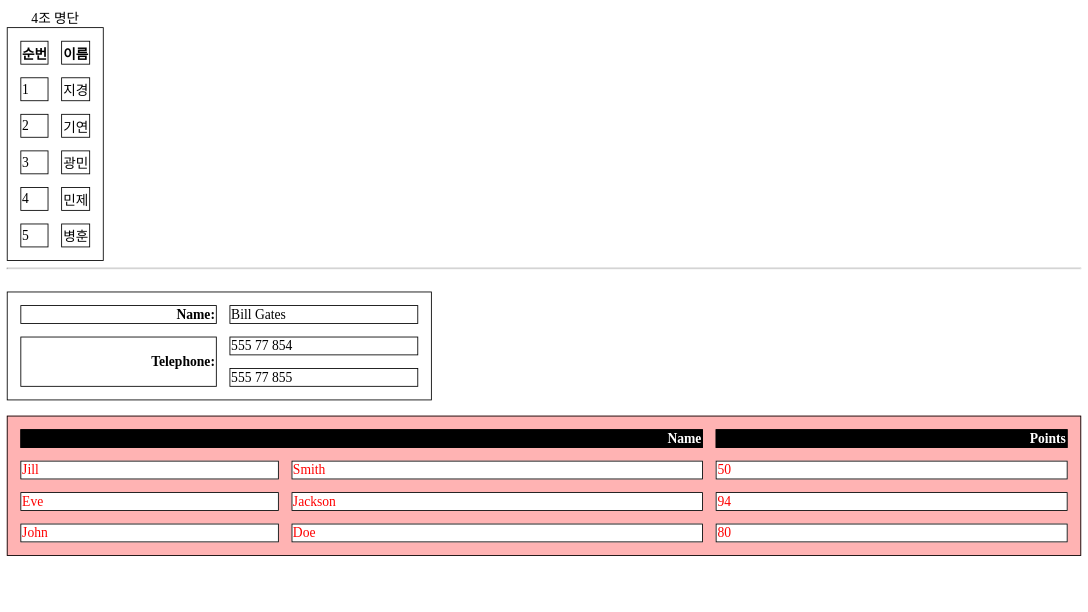
Repository: BaekJiGyeong/JSP
Page: http://localhost/AA_HelloJSP/exercise.jsp
These files come from the project's save history. The page is drawn as it stood at one moment and after the next save; the edit follows.
The browser window is 1280 px wide. The pictures show the whole page, at 85% of full size.
The page is served by Tomcat 9.

Above is the page before, as saved 2016-02-03 00:54:28.

### AA_HelloJSP/WebContent/exercise.jsp
<%@ page language="java" contentType="text/html; charset=UTF-8"
	pageEncoding="UTF-8"%>

<%
	String[] names = new String[] { "지경", "기연", "광민", "민제", "병훈" };
%>

<!DOCTYPE html >
<html>
<head>
<style>
table, th, td {
	border: 1px solid black;
	/*border-collapse: collapse;*/
	border-spacing: 15px;
	cellpadding : 10px;
}

th, td {

}
th {
    text-align: right;
}
table#t01 {
    width: 100%;
    background-color: #ffb3b3;
}

table#t01 th {
	background-color: black;
	color: white;
	valign : bottem;
}

table#t01 td {
	background-color: white;
	color: red;
}
</style>
<meta http-equiv="Content-Type" content="text/html; charset=UTF-8">
<title>지경이 JSP연습</title>

</head>
<body>

	<table>
		<caption>4조 명단</caption>
		<tr>
			<th>순번</th>
			<th>이름</th>
		</tr>
		<%
			for (int i = 0; i < 5; i++) {
		%>
		<tr>
			<td><%=i + 1%></td>
			<td><%=names[i]%></td>
		</tr>
		<%
			}
		%>

	</table>

	<hr />
	<br />
	<table style="width: 500px">
		<tr>
			<th>Name:</th>
			<td>Bill Gates</td>
		</tr>
		<tr>
			<th rowspan="2">Telephone:</th>
			<td>555 77 854</td>
		</tr>
		<tr>
			<td>555 77 855</td>
		</tr>
	</table>
	<br />
	<table id= "t01" >
		<tr>
			<th colspan="2">Name</th>
			<th>Points</th>
		</tr>
		<tr>
			<td>Jill</td>
			<td>Smith</td>
			<td>50</td>
		</tr>
		<tr>
			<td>Eve</td>
			<td>Jackson</td>
			<td>94</td>
		</tr>
		<tr>
			<td>John</td>
			<td>Doe</td>
			<td>80</td>
		</tr>
	</table>




</body>
</html>

After the next save:
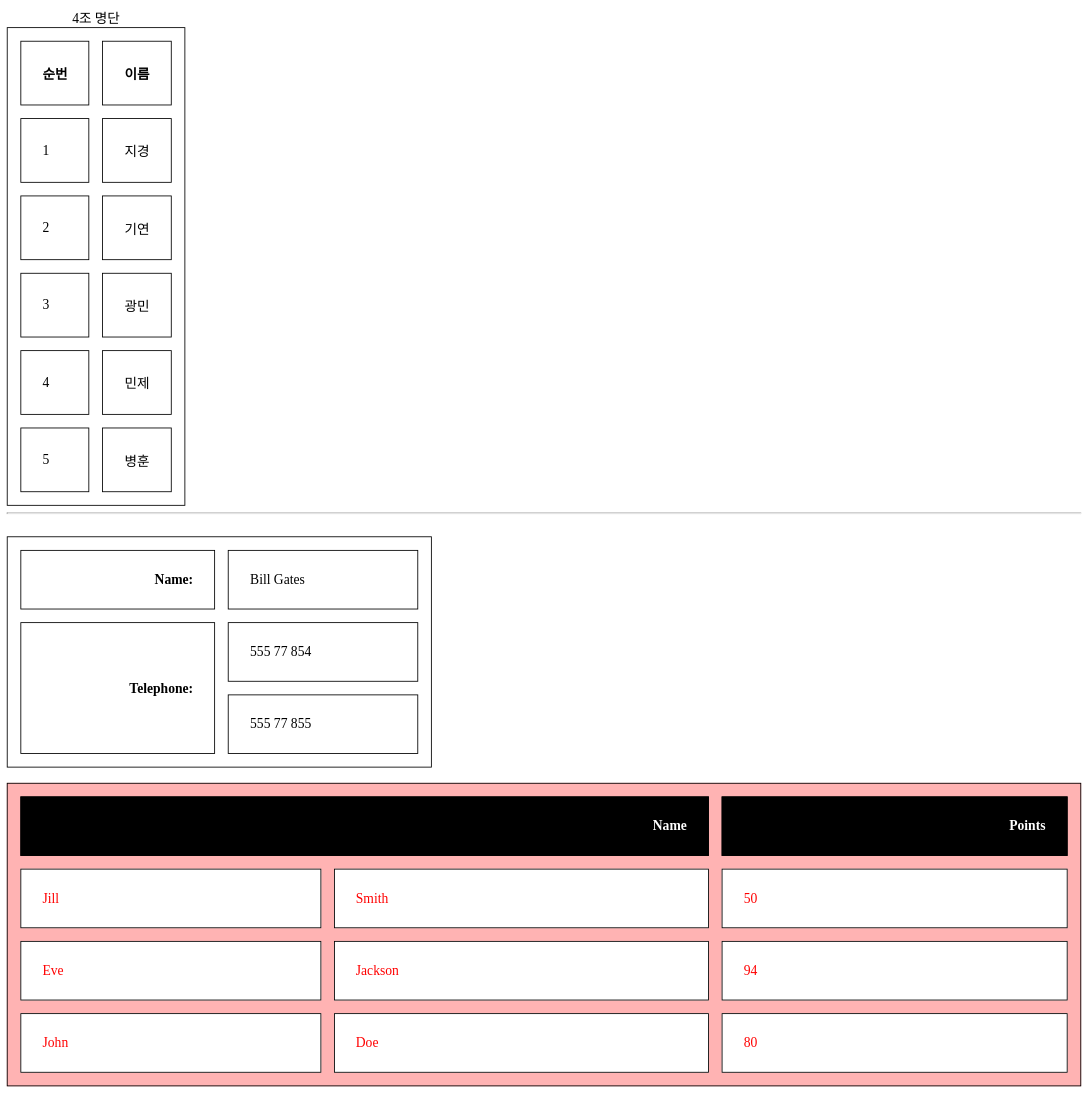
Saved 5 min 52 s later.
--- a/AA_HelloJSP/WebContent/exercise.jsp
+++ b/AA_HelloJSP/WebContent/exercise.jsp
@@ -13,11 +13,11 @@ table, th, td {
 	border: 1px solid black;
 	/*border-collapse: collapse;*/
 	border-spacing: 15px;
-	cellpadding : 10px;
+
 }
 
 th, td {
-
+	padding: 25px;
 }
 th {
     text-align: right;
